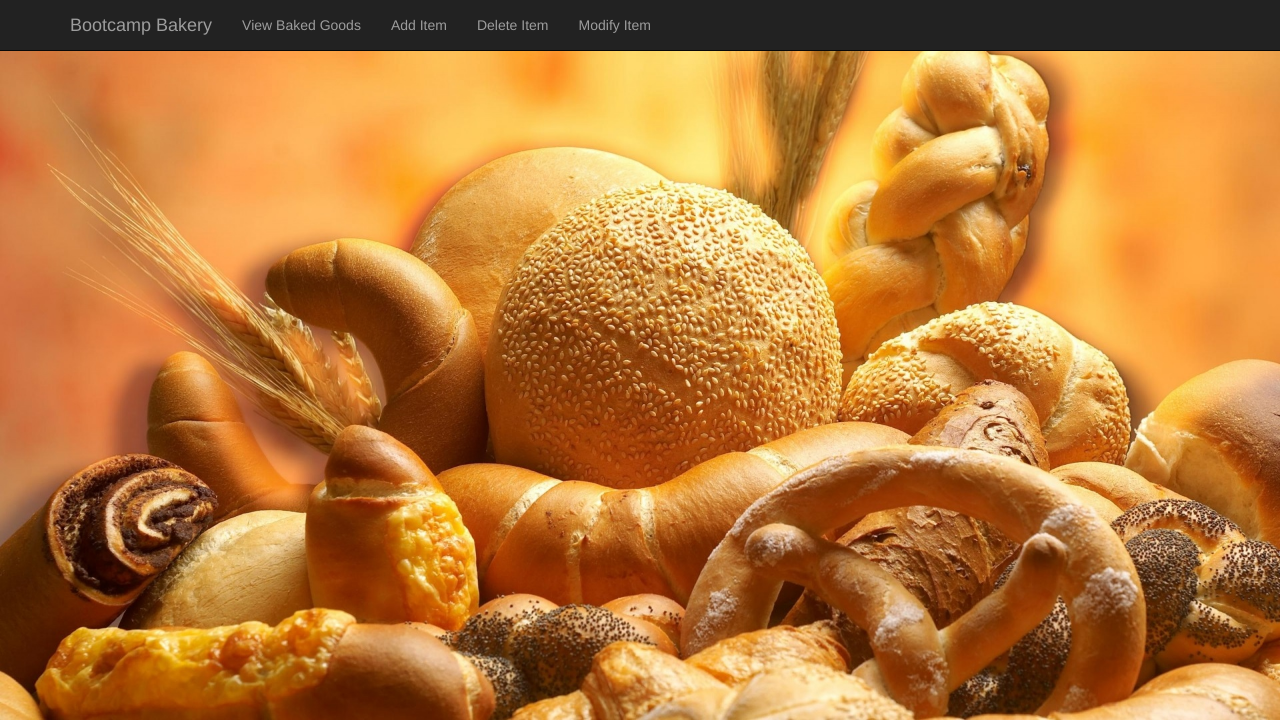
Repository: BillKratzIII/week5Project
Page: bakery/src/main/webapp/addToDB.html
These files come from the project's save history. The page is drawn as it stood at one moment and after the next save; the edit follows.
The browser window is 1280 px wide. The pictures show the whole page.

Above is the page before, as saved 2016-09-01 18:09:58.

After the next save:
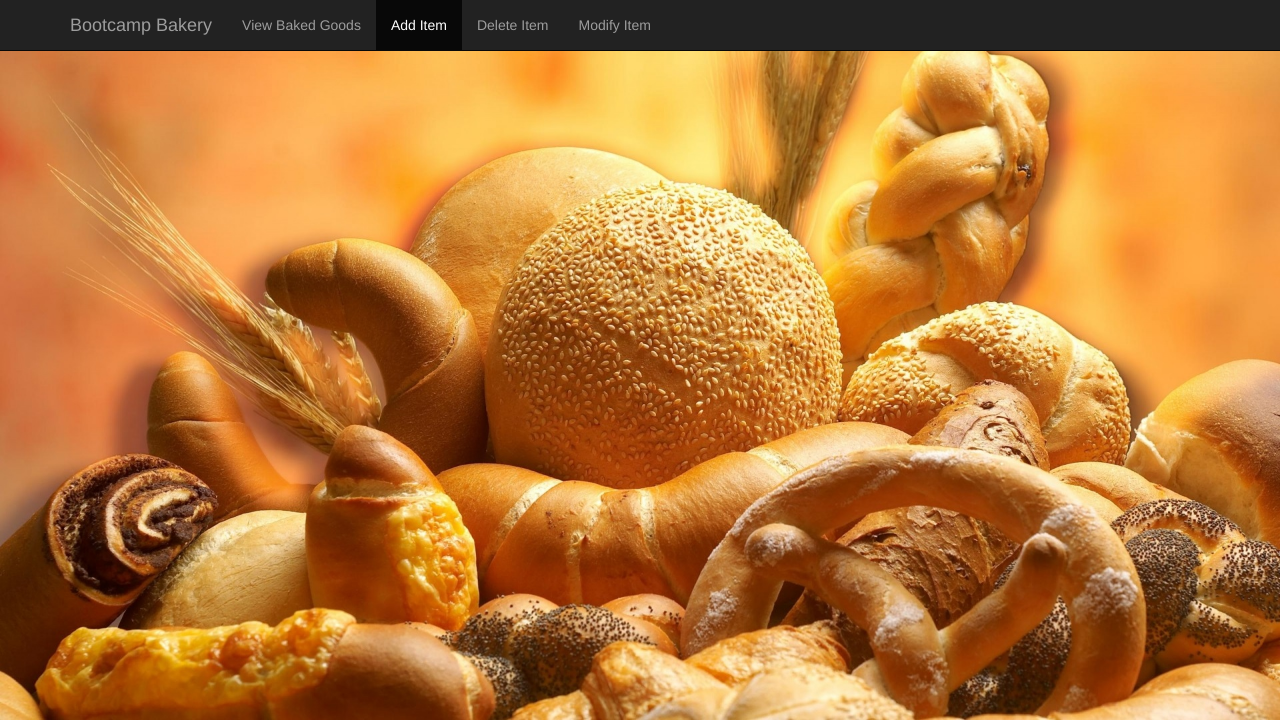
Saved 2 min 7 s later.
--- a/bakery/src/main/webapp/addToDB.html
+++ b/bakery/src/main/webapp/addToDB.html
@@ -48,7 +48,7 @@
                     <li>
                         <a href="readDB.jsp">View Baked Goods</a>
                     </li>
-                    <li>
+                    <li class="active">
                         <a href="addToDB.html">Add Item</a>
                     </li>
                     <li>
